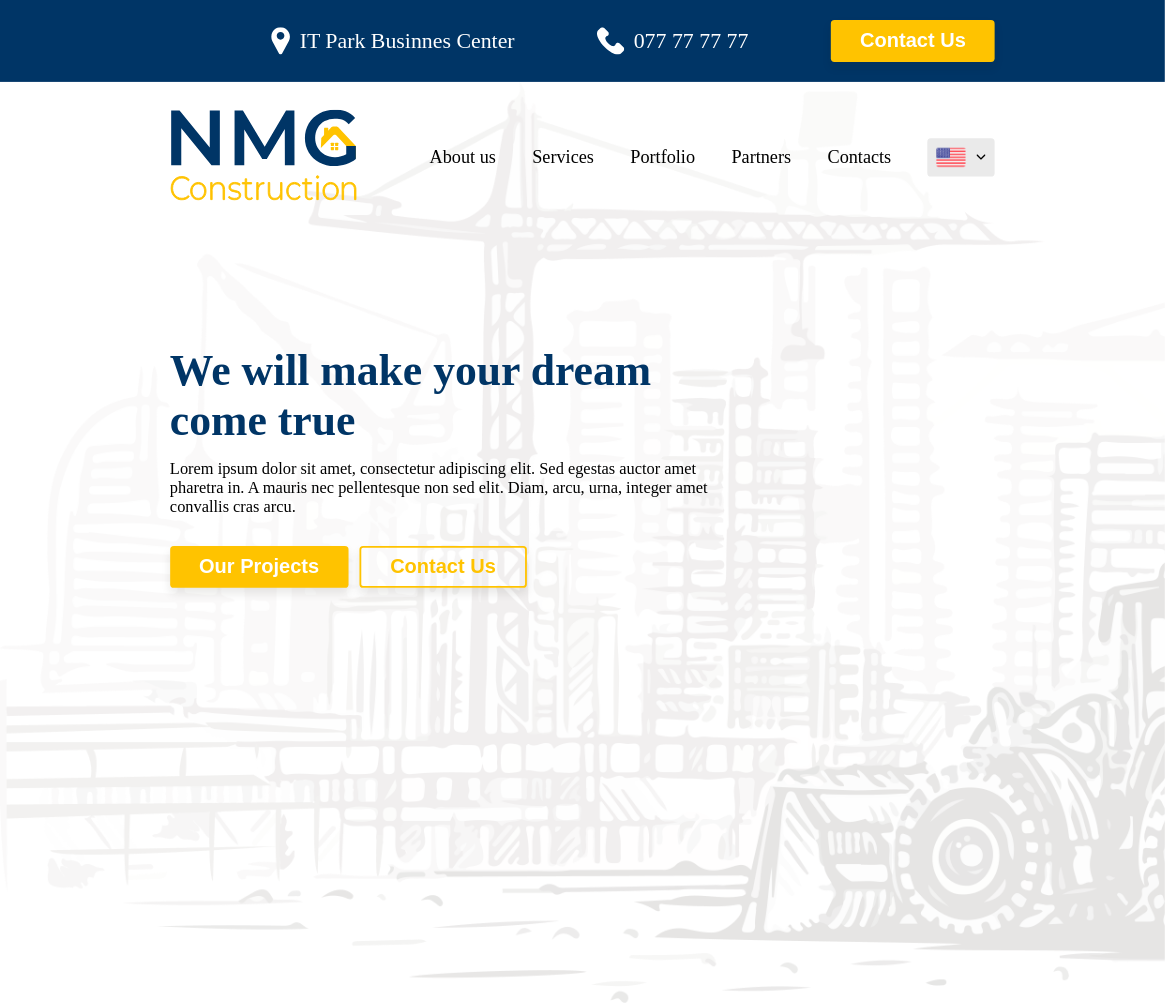
Repository: Lia1986/NMG-nuxt-project
Page: /
An editor plug-in stored every save of this project. The page is shown before and after a run of saves, followed by the edit.
The browser window is 1280 px wide. The pictures show the whole page, at 91% of full size.
The project was rebuilt for these pictures with package versions that can differ from the ones it lists, and the page was loaded fresh each time. The framework's server and built-in components were replaced by stand-ins that run in the browser. Also part of the build but not shown: nuxt.config.js, components/ContactUs.vue, components/Partners.vue, components/Portfolio.vue, components/Services.vue, components/Tutorial.vue.

Above is the page before, as saved 2022-08-17 17:05:56.

After the next 3 saves:
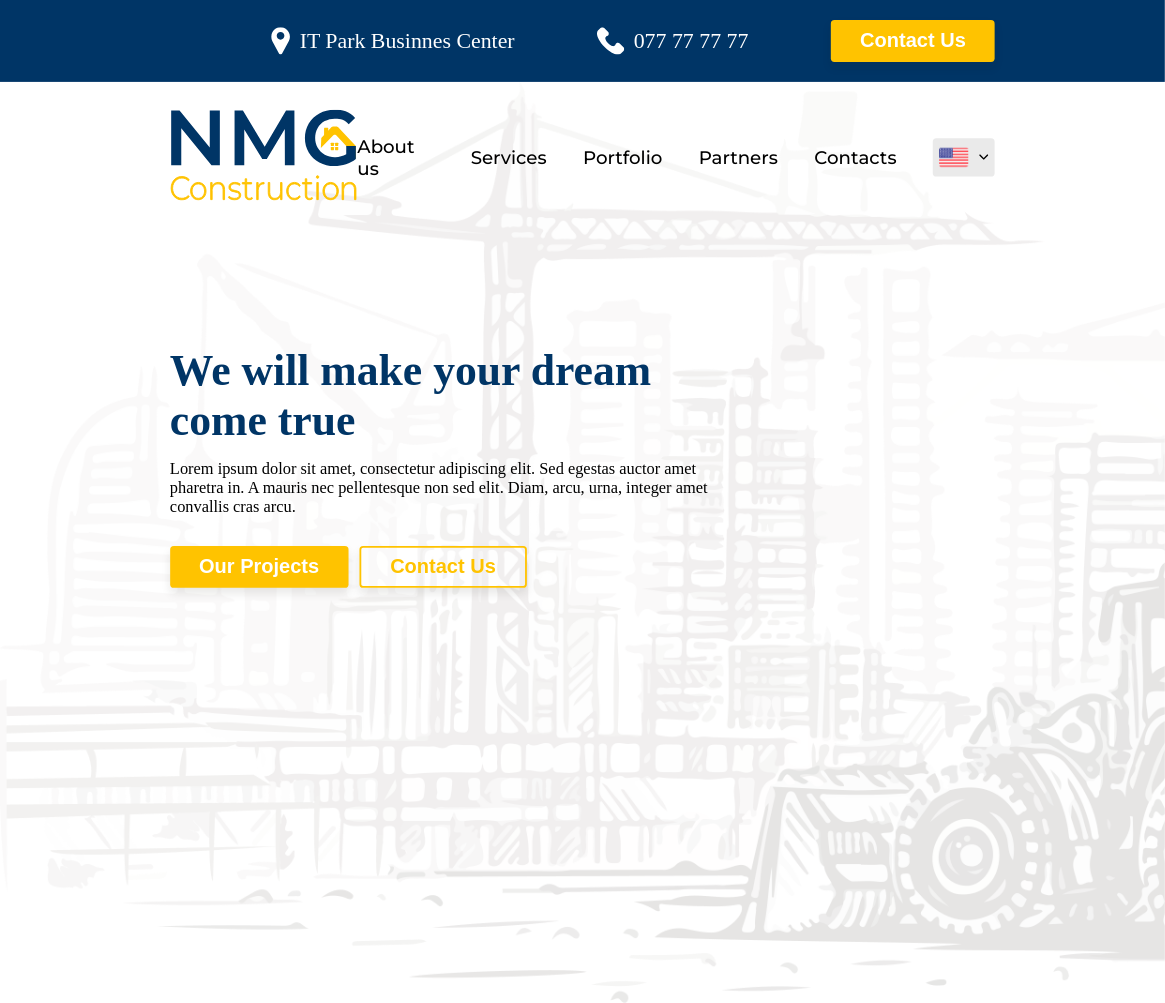
The 3 saves are shown as one change because they came seconds apart.
The last was saved 10 s later.
--- a/components/Navbar.vue
+++ b/components/Navbar.vue
@@ -341,7 +341,7 @@ export default {
   .nav_item {
     color: $black;
     font-weight: 500;
-
+    font-family: $font500;
     font-size: 20px;
     cursor: pointer;
   }
